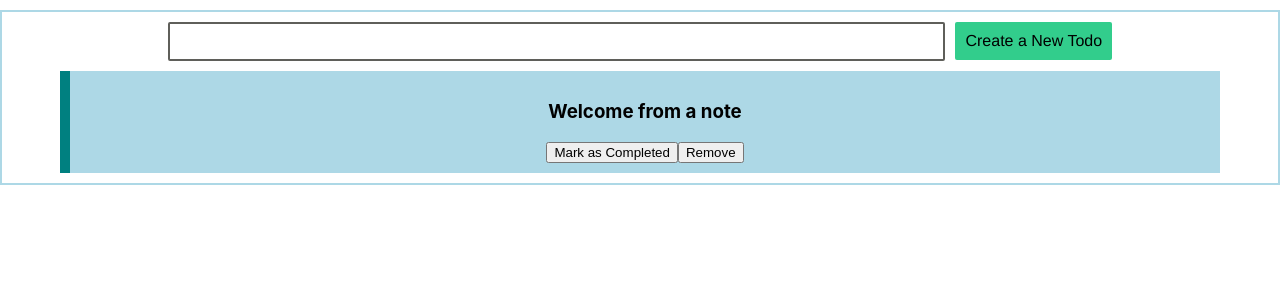
Repository: CaptainStorm21/react-ecosystem-course
Page: /
These files come from the project's save history. The page is drawn as it stood at one moment and after a run of saves; the edit follows.
The browser window is 1280 px wide. The pictures show the whole page.
The project was rebuilt for these pictures with package versions that can differ from the ones it lists, and the page was loaded fresh each time.

Above is the page before, as saved 2020-05-30 17:48:44.

After the next 2 saves:
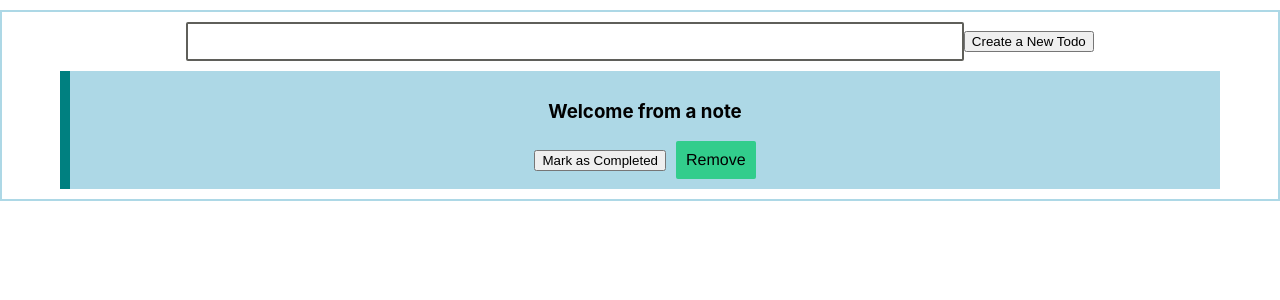
The 2 saves are shown as one change because they came seconds apart.
The last was saved 100 s later.
--- a/src/todos/NewTodoForm.css
+++ b/src/todos/NewTodoForm.css
@@ -7,7 +7,7 @@
   margin-top: 10px;
 }
 
-.newTodo {
+.remove-button {
   background-color: rgb(50, 205, 140);
   padding: 10px;
   border: 0;
